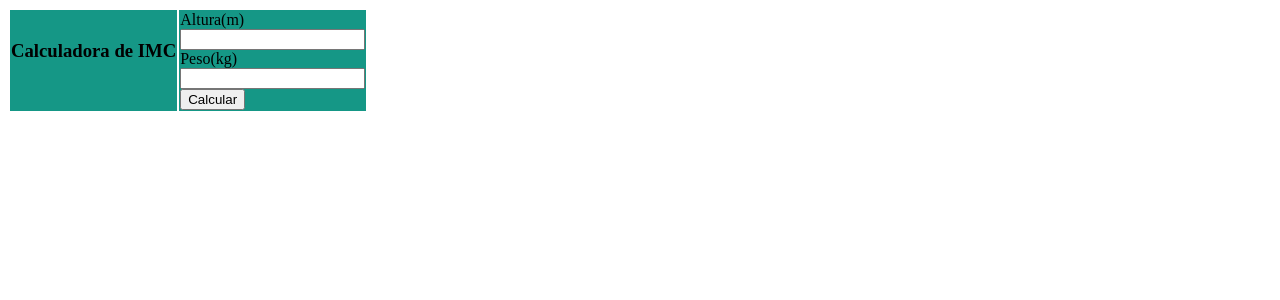
Repository: Patriciamativi/Projetos
Page: index.html
These files come from the project's save history. The page is drawn as it stood at one moment and after the next save; the edit follows.
The browser window is 1280 px wide. The pictures show the whole page.

Above is the page before, as saved 2022-11-21 14:34:07.

### index.html
<html>
    <head>
        <title>Calculadora de IMC</title>
        <meta charset="utf-8"/>

        <style type="text/css">
            tr {
                background-color: rgb(21, 151, 134);
            }
            td {

                background-color: rgb(21, 151, 134);
            }
        </style>
    </head>
<table border="0">
    <body>
         <tr>
            <th><h3>Calculadora de IMC</h3></th>
            <td>Altura(m)<br/>
            <input type: "number" > </br>
            Peso(kg)<br/>
            <input type: "number" > </br>
            <input type= "submit" value="Calcular"></td></tr>

    </table>
</body>
</html>

After the next save:
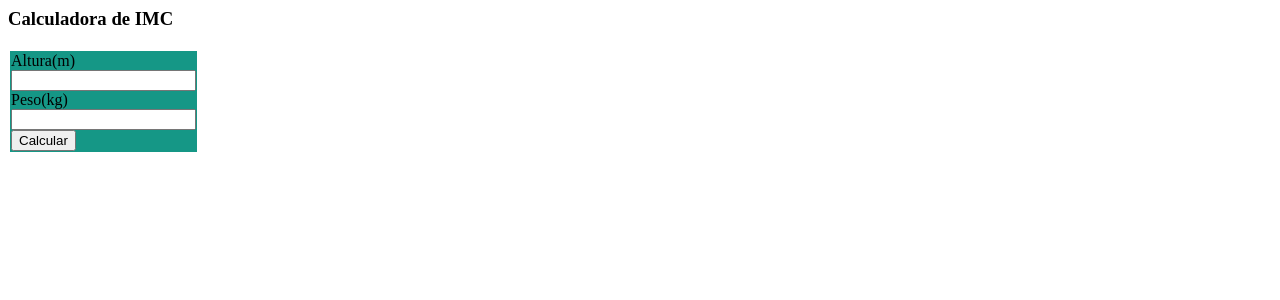
Saved 21 s later.
--- a/index.html
+++ b/index.html
@@ -16,7 +16,7 @@
 <table border="0">
     <body>
          <tr>
-            <th><h3>Calculadora de IMC</h3></th>
+            <h3>Calculadora de IMC</h3></th>
             <td>Altura(m)<br/>
             <input type: "number" > </br>
             Peso(kg)<br/>
